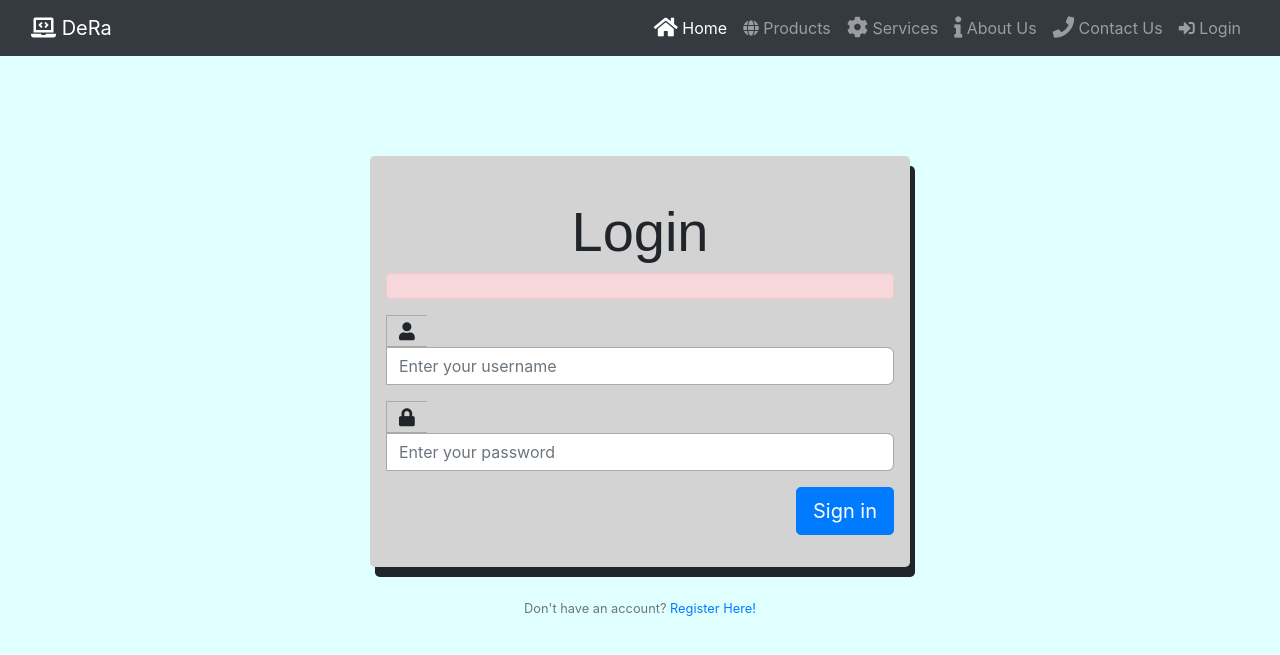
Repository: deividwsantoss/web6201-Lab1
Page: login.html
The author's editor kept a copy of each file at every save. The page is drawn from the files as they stood at one save, then again after the next save.
The browser window is 1280 px wide. The pictures show the whole page.

Above is the page before, as saved 2021-03-04 08:34:28.

### login.html
<!DOCTYPE html>
<html lang="en">
<head>
    <meta charset="UTF-8">
    <meta name="viewport" content="width=device-width, initial-scale=1.0">
    <title>Login</title>
    <!-- CSS Section -->
    <link rel="stylesheet" href="./node_modules/bootstrap/dist/css/bootstrap.min.css">
    <link rel="stylesheet" href="./node_modules/@fortawesome/fontawesome-free/css/all.min.css">
    <link rel="stylesheet" href="./Content/app.css">
</head>
<body class="bodyLogin">
    <!-- Main Header -->
    <header>
        <!-- Main Navigation -->
        <header>
          <!-- Main Navegation-->
          <nav class="navbar navbar-expand-lg navbar-dark bg-dark">
              <div class="container-fluid">
                <a class="navbar-brand" href="index.html"><i class="fas fa-laptop-code"></i> DeRa</a>
                <button class="navbar-toggler" type="button" data-bs-toggle="collapse" data-bs-target="#navbarSupportedContent" aria-controls="navbarSupportedContent" aria-expanded="false" aria-label="Toggle navigation">
                  <span class="navbar-toggler-icon"></span>
                </button>
                <div class="collapse navbar-collapse" id="navbarSupportedContent">
                  <ul id="mainUl" class="navbar-nav ml-auto mb-2 mb-lg-0">
                    <li class="nav-item">
                      <a class="nav-link active" aria-current="page" href="index.html"><i class="fas fa-home fa-lg"></i> Home</a>
                    </li>
                    <li class="nav-item">
                      <a id="prod" class="nav-link" aria-current="page" href="products.html"><i class="fas fa-globe" name="prod"></i> Products</a>
                    </li>
                    <li class="nav-item">
                      <a class="nav-link" aria-current="page" href="services.html"><i class="fas fa-cog fa-lg"></i> Services</a>
                    </li>
                    <li class="nav-item">
                      <a id="aboutId" class="nav-link" aria-current="page" href="about.html"><i class="fas fa-info fa-lg"></i> About Us</a>
                    </li>
                    <li class="nav-item">
                      <a id="contactId" class="nav-link" aria-current="page" href="contact.html"><i class="fas fa-phone fa-lg"></i> Contact Us</a>
                    </li>
                    <li id="login" class="nav-item">
                      <a class="nav-link" aria-current="page" href="login.html"><i class="fas fa-sign-in-alt"></i> Login</a>
                    </li>
                  </ul>

                </div>
              </div>
            </nav>

      </header>

    <!-- Main Content -->
    <main class="container" id="mainContent">
      <div class="row">
          <div class="offset-md-3 col-md-6 col-sm-12">

                <div class="login" id="contentArea">

                    <h1 class="display-4">Login</h1>
                    <div id="messageArea" class="alert alert-danger text-center" role="alert"></div>
                    <form id="loginForm" >

                      <div class="form-group">
                        <div class="input-group">
                          <span class="input-group-addon">
                            <i class="fa fa-user">
                            </i>
                          </span>
                          <input type="text" class="form-control" id="contactName" name="userName"  class="userName" required
                          value="" placeholder="Enter your username">
                        </div>


                      </div>

                      <div class="form-group">
                        <div class="input-group">
                          <span class="input-group-addon">
                            <i class="fa fa-lock">
                            </i>
                          </span>
                          <input type="password" class="form-control" id="password" name="password" class="userPassword" required
                          value="" placeholder="Enter your password">

                        </div>

                      </div>
                      <div class="text-right">
                        <button id="btnSubmit" type="button" class="btn btn-primary btn-lg">Sign in</button>
                      </div>
                    </form>

                </div>
                <p class="text-center text-muted small">
                  Don't have an account?
                  <a href="register.html">Register Here!</a>
                </p>
          </div>
      </div>
  </main>

    <!-- Main Footer -->


    <!-- Script Section-->
    <script src="./node_modules/jquery/dist/jquery.min.js"></script>
    <script src="./node_modules/bootstrap/dist/js/bootstrap.bundle.min.js"></script>
    <script src="./Scripts/namespace.js"></script>
    <script src="./Scripts/app.js"></script>
</body>
</html>

### Content/app.css
/* app.js

Author: Deivid Santos   ID: 100731640
Author: S m hasibur Rahman  ID:100765652

Date Completed: 02.04.2021
*/

html{
    height: 100%;
}
body{
    height: 100%;


}
.bg{
    background-image: url("Background-White.jpg");
    background-repeat: no-repeat;
    background-size: cover;
    background-position: center;
    opacity: 0.8;
    height: 100%;
}

.contactimage{
    background-image:url("contactimg.jpg");
    background-repeat: no-repeat;
    background-size: cover;
    background-position: center;
    opacity: 0.8;
}
.productsbg {
    background-image:url("productsbg.jpg");
    background-repeat: no-repeat;
    background-size: cover;
    background-position: center;
    opacity: 0.8;
    height: 778px;
}

.servicesbackgroud{
    height: 1200px;
    background-image:url("services.jpg");
    background-repeat: repeat;
    background-size: cover;
    background-position: center;
    opacity: 0.8;


}
.aboutus{
    background-image:url("bgimage.jpg");
    background-repeat: no-repeat;
    background-size: cover;
    background-position: center;
    opacity: 0.8;
}
#hrbg{
    background-image:url("hr.jpg");
    background-repeat: no-repeat;
    background-size: cover;
    background-position: center;
    opacity: 0.8;
}

#paragraphOne {
    color: black;
    font-size: 220%;
    margin-top: 25%;
    text-shadow: 2px 2px 4px #000;
    font-family: cursive;
    font-weight: bold;

}
h1{
    margin-top: 2%;
}

#custompg{
    width: 400px;

}

#projectsImg{
    width: 150px;
    margin-top: 10%;
}

#pic{
    width:310px; /* you can use % */
    height: auto;
}
/* */
#formId {
    margin-top: 5%;
}

#aboutmain{
    margin-top: 70px;
}
#dlParagraph{
    margin-top: 10%;
    margin-top: 20%;
    font-size: large;
    font-weight: bold;
}
#scotiaParagraph{
    margin-top: 15%;
    font-size: large;
    font-weight: bold;
}

#mainInformation{
    margin-top: 5%;
    margin-right: 0%;
    margin-left: 0%;
}
#mobileInfo{
    margin-top: 10%;
}

#canadianParagraph {
    margin-top: 15%;
    font-size: large;
    font-weight: bold;
}

.names {
    font-size: larger;
    font-weight: bold;
}

#hrMessage{
    text-align: center;
    margin-top: 200px;
    font-weight: bold;
    font-size: x-large;
}
.input-group-addon:first-child
{
    border-right: 0;
}

.input-group-addon
{
    padding: 6px 12px;
    font-size: 14px;
    font-weight: 400;
    line-height: 1;
    text-align: center;
    border: 1px solid darkgrey;
    border-radius: 4xpx;
}

.input-group-addon .fa
{
    font-size: 18px;
}

.input-group .form-control
{
    position:relative;
    z-index: 2;
    float:left;
    width: 100%;
    margin-bottom: 0;
}

.input-group .form-control:last-child
{
    border-top-left-radius: 0;
    border-bottom-left-radius: 0;
}



.login
{
    padding: 2rem 1rem;
    margin-bottom: 2rem;
    background-color: lightgrey;
    border-radius: .3rem;
    margin-top: 100px;
    box-shadow: 5px 10px;
}

.login input
{
    background-color: white;
    border-color: darkgrey;
    border-radius: .4em;
    width: 100%;
}
.login h1{
    position: static;
    text-align:center;
    font-family: sans-serif;
}

body{
    background-color: lightcyan;
}

### Scripts/namespace.js
/*
* Student: Deivid Santos
* ID: 100731640
*/

// namespace core

let core;

### Scripts/app.js
/* app.js

Author: Deivid Santos   ID: 100731640
Author: S m hasibur Rahman  ID:100765652

Date Completed: 02.04.2021
*/


"use strict";

((core) =>
{

    function addHr(){

        let navIn = document.getElementById("mainUl");

        let liCreate = document.createElement('li');

        liCreate.innerHTML = `<a id="prod" class="nav-link" aria-current="page" href="hr.html"><i class="fas fa-globe" name="prod"></i> Human Resources</a>`;

        navIn.insertBefore(liCreate, navIn.getElementsByTagName("li")[4]);

    }


    function addFooter(){


        const body = document.body;
        let footerNav = document.createElement('footer');

        footerNav.innerHTML = `<nav class="navbar fixed-bottom navbar-light bg-light">
        <div class="container-fluid">
          <h4 ><i class="fas fa-copyright fa-sm"></i> Copyright 2021 </h4>
      </div>
        </nav>`

        body.appendChild(footerNav);

    }

    function Projects(){
        let productsElement = document.getElementById("prod");
        let prod = `<a id="prod" class="nav-link" aria-current="page" href="products.html"><i class="fas fa-globe" name="prod"></i> Projects</a>`;


        productsElement.innerHTML = prod;

        let prodNameElement = document.getElementById("prodName");
        let projectName = `<h1 id="prodName" class="text-center">Our Projects</h1>`

        prodNameElement.innerHTML = projectName;
    }


    function displayHome(){
        let paragraphOneText = "Welcome to DeRa Development Website for WebD6201";
        let paragraphOneElement = document.getElementById("paragraphOne");

        paragraphOneElement.textContent = paragraphOneText;
        paragraphOneElement.className = "fs-6 ";
    }


    function displayAbout(){

        let NameOneText = "Deivid Santos";
        let NameOneElemenet = document.getElementById("nameOne");

        NameOneElemenet.innerText = NameOneText;

        let NameTwoText = "Hasibur Rahman";
        let NameTwoElemenet = document.getElementById("nameTwo");

        NameTwoElemenet.innerText = NameTwoText;


    }
    function displayProducts(){

        //deloitte
        let dlText = "DeRa is proud for leading the main developing project for DL."
        let dlElement = document.getElementById("dlParagraph");

        dlElement.textContent = dlText;

        //Scotia
        let scotiaText = "Another Big company we are proud to have worked with"
        let scotiaElement = document.getElementById("scotiaParagraph");

        scotiaElement.textContent = scotiaText;
        // Canadian Tire

        let canadianParagraphText = "In 2020 we had the opportunity to work with one of the biggest companies in Canada! ";
        let canadianElement = document.getElementById("canadianParagraph");

        canadianElement.innerText = canadianParagraphText;

    }


    function displayHR(){
        let hrText = "Please, our Human Resources would be happy to get in touch with you by humanresources@dera.ca";
        let hrElement = document.getElementById("hrMessage");

        hrElement.innerText = hrText;
    }



    function displayServices(){

        //intro text
        let servicesIntroText = "DeRa Development can provide you the best customized solution for you";
        let servicesIntroElement = document.getElementById("serviceIntro");
        servicesIntroElement.textContent = servicesIntroText;

        // custom dev text
        let customParagraphText = "DeRa Development have been delivering successful custom programs to our clients since the date we were born. \nSince DeRa was born we have seen a rapid change in website technology which we were always able to adapt";
        let customParagraphElement = document.getElementById("customParagraph");

        customParagraphElement.innerText = customParagraphText;

        //mobile text

        let mobileParagraphText = "We have the knowledge and skills to provide you the best quality solution for any kind of device. \nMobile development is one of our strengths.";
        let mobileParagraphElement = document.getElementById("mobileInfo");

        mobileParagraphElement.innerText = mobileParagraphText;

        //design paragraph
        let webDesignParagraphText = "Our high quality design makes the user interaction a whole new journey";
        let webDesignParagraphElement = document.getElementById("DesParagraph");

        webDesignParagraphElement.innerText = webDesignParagraphText;
    }
    function displayContact(){


      formValidation();


        let sendButton = document.getElementById("sendButton");
        sendButton.addEventListener("click", function(event){
            event.preventDefault();
        });
        document.getElementById("sendButton").onclick = function (){
            location.href = "index.html"
        };

    }
    function displayLogin(){

       // let messageArea = $("#messageArea").hide();

        //testUserName();
        //testPassword();




    }
    function displayContactList()
    {
      if (localStorage.length > 0)
      {
        let contactList = document.getElementById("contactList");

        let data = "";

        for (let index = 0; index < localStorage.length; index++)
        {
          let contactData = localStorage.getItem((index + 1).toString());

          let contact = new core.Contact();
          contact.deserialize(contactData);

          data += `<tr>
          <th scope="row">${index + 1}</th>
          <td>${contact.FullName}</td>
          <td>${contact.ContactNumber}</td>
          <td>${contact.EmailAddress}</td>
          <td class="text-center"><button value="${index + 1}" class="btn btn-primary btn-sm edit"><i class="fas fa-edit fa-sm"></i> Edit</button></td>
          <td class="text-center"><button value="${index + 1}" class="btn btn-danger btn-sm delete"><i class="fas fa-trash-alt fa-sm"></i> Delete</button></td>
        </tr>`;
        }

        contactList.innerHTML = data;

        //TODO - need to create an edit page
        $("button.edit").on("click", function(){
          console.log($(this).val());
         });

         //TODO - need to fix this item - it breaks when we delete a middle item
         $("button.delete").on("click", function(){
           if(confirm("Are you sure?"))
           {
            localStorage.removeItem($(this).val());
            location.href = "contact-list.html"; // refresh the page
           }
         });
      }
    }
    function testFullName()
    {
      let messageArea = $("#messageArea");
      let fullNamePattern = /([A-Z][a-z]{1,25})+(\s|,|-)([A-Z][a-z]{1,25})+(\s|,|-)*/;


        $("#fullName").on("blur", function()
        {
          if(!fullNamePattern.test($(this).val()))
          {
            $(this).trigger("focus").trigger("select");
            messageArea.show().addClass("alert alert-danger").text("Please enter a valid Full Name. This must include at least a Capitalized first name followed by a Capitlalized last name.");
          }
          else
          {
              messageArea.removeAttr("class").hide();
          }
        });
    }

    function testContactNumber()
    {
      let messageArea = $("#messageArea");
      let contactNumberPattern = /^(\+\d{1,2}\s)?\(?\d{3}\)?[\s.-]?\d{3}[\s.-]?\d{4}$/;

        $("#contactNumber").on("blur", function()
        {
          if(!contactNumberPattern.test($(this).val()))
          {
            $(this).trigger("focus").trigger("select");
            messageArea.show().addClass("alert alert-danger").text("Please enter a valid Contact Number. Country code and area code are both optional");
          }
          else
          {
              messageArea.removeAttr("class").hide();
          }
        });
    }
    function testEmailAddress()
    {
      let messageArea = $("#messageArea");
      let emailAddressPattern = /^([a-zA-Z0-9._%-]+@[a-zA-Z0-9.-]+\.[a-zA-Z]{2,6})*$/;

        $("#emailAddress").on("blur", function()
        {
          if(!emailAddressPattern.test($(this).val()))
          {
            $(this).trigger("focus").trigger("select");
            messageArea.show().addClass("alert alert-danger").text("Please enter a valid Email Address.");
          }
          else
          {
              messageArea.removeAttr("class").hide();
          }
        });
    }
    function testUserName(){


        let messageArea = $("#messageArea");
        let userNamePattern = /^(?=.*[A-Za-z0-9]$)[A-Za-z][A-Za-z\d.-]{0,19}$/;

        $("#contactName").on("blur", function()
        {
          if(!userNamePattern.test($(this).val()))
          {
            $(this).trigger("focus").trigger("select");
            messageArea.show().addClass("alert alert-danger").text("Please enter a valid user name.");
          }
          else
          {
              messageArea.removeAttr("class").hide();
          }
        });

    }
    function testPassword(){


        let messageArea = $("#messageArea").hide();
        let userPasswordPattern = /^(?=.*[A-Za-z])(?=.*\d)[A-Za-z\d]{8,}$/;

        $("#password").on("blur", function()
        {
          if(!userPasswordPattern.test($(this).val()))
          {
            $(this).trigger("focus").trigger("select");
            messageArea.show().addClass("alert alert-danger").text("Please enter a valid user name.");
          }
          else
          {
              messageArea.removeAttr("class").hide();
          }
        });

    }


    function formValidation()
    {
      testFullName();
      testContactNumber();
      testEmailAddress();
    }

    function toggleLogin()
    {
      // if user is logged in
      if(sessionStorage.getItem("user"))
      {
        // swap out the login link for logout
        $("#login").html(
        `<a id="logout" class="nav-link" aria-current="page" href="#"><i class="fas fa-sign-out-alt"></i> Logout</a>`
        );

        $("#logout").on("click", function()
        {
          // perform logout
          sessionStorage.clear();

          // redirect back to login
          location.href = "login.html";
        });

        $(`<li class="nav-item">
        <a id="contactListLink" class="nav-link" aria-current="page" href="contact-list.html"><i class="fas fa-users fa-lg"></i> Contact List</a>
      </li>`).insertBefore("#login");

      }
    }

    function Start(){
        console.log("App Start...");

        switch (document.title) {

            case 'Home':
                displayHome();
                break;
            case 'About':
                displayAbout();
                break;
            case 'Products':
                displayProducts();
                break;
            case 'Services':
                displayServices();
                break;
            case 'Contact':
                displayContact();
                break;
            case 'HR':
                displayHR();
                break;
            case 'Login':
                displayLogin();
                break;
            case 'Register':
                break;
            case "Contact-List":
                displayContactList();
                break;

        }


    }

  //  window.addEventListener("load",addFooter);
   // window.addEventListener("load",Projects);
   // window.addEventListener("load",Start);
   // window.onload = addHr();

   window.addEventListener("load", Start);

    core.Start = Start;

})(core || (core={}));

Loaded but not shown: node_modules/bootstrap/dist/css/bootstrap.min.css (library); node_modules/@fortawesome/fontawesome-free/css/all.min.css (library); node_modules/jquery/dist/jquery.min.js (library); node_modules/bootstrap/dist/js/bootstrap.bundle.min.js (library)

After the next save:
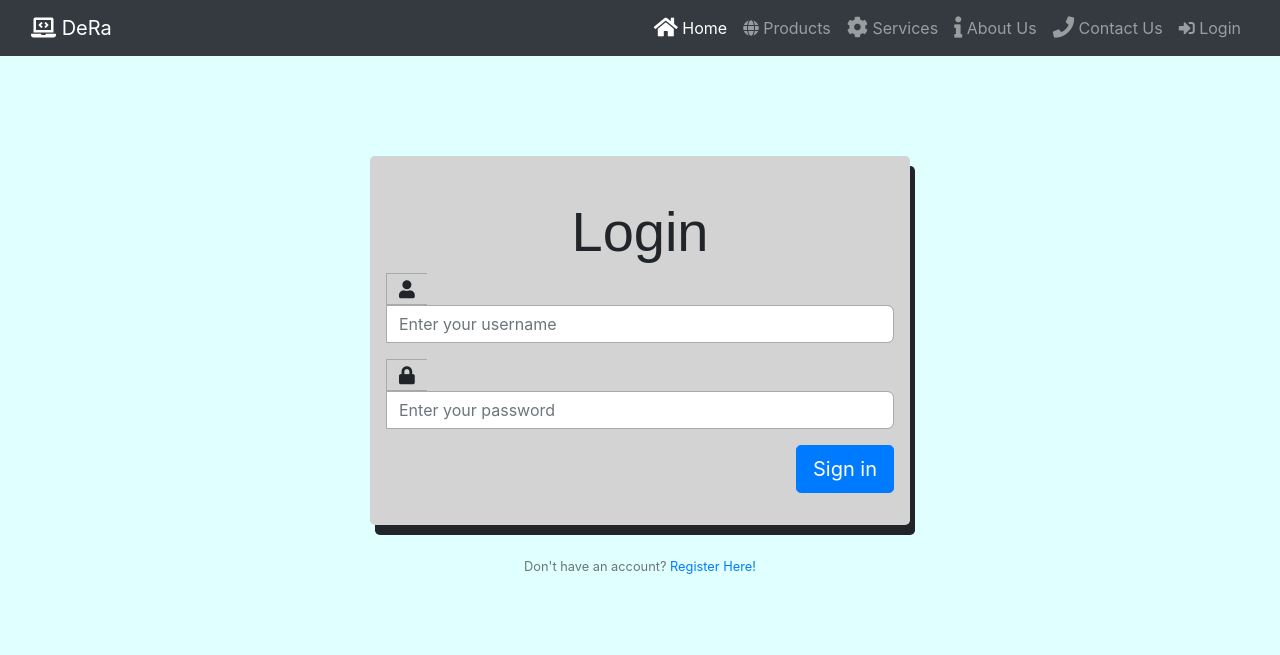
Saved 5 min 2 s later.
--- a/Scripts/app.js
+++ b/Scripts/app.js
@@ -153,10 +153,8 @@ Date Completed: 02.04.2021
     }
     function displayLogin(){
 
-       // let messageArea = $("#messageArea").hide();
-
-        //testUserName();
-        //testPassword();
+       let messageArea = $("#messageArea")
+       messageArea.hide();
 
 
 
